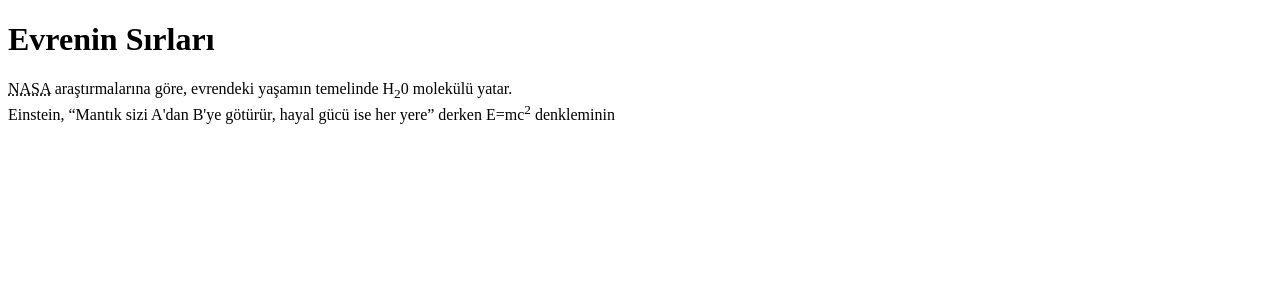
Repository: BeritanBlgn/web-yazilim-muhendisligi
Page: Modul_1/Ders_3/1.3.6_gorev1.html
The author's editor kept a copy of each file at every save. The page is drawn from the files as they stood at one save, then again after the next save.
The browser window is 1280 px wide. The pictures show the whole page.

Above is the page before, as saved 2026-10-09 22:21:58.

### Modul_1/Ders_3/1.3.6_gorev1.html
<!DOCTYPE html>
<html lang="tr">
<head>
    <meta charset="UTF-8">
    <meta name="viewport" content="width=device-width, initial-scale=1.0">
    <title>Document</title>
</head>
<body>
    <h1>
        Evrenin Sırları
    </h1>
    <p>
        <abbr title="Evrenin Sırları">NASA</abbr>
        araştırmalarına göre, evrendeki yaşamın temelinde H<sub>2</sub>0 molekülü yatar. <br>
        Einstein, <q>Mantık sizi A'dan B'ye götürür, hayal gücü ise her yere</q>
        derken E=mc<sup>2</sup> denkleminin

    </p>

</body>
</html>

After the next save:
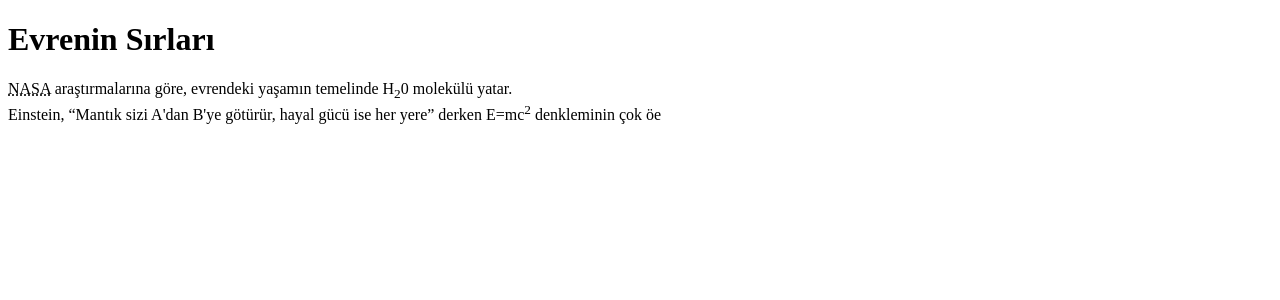
Saved 4 s later.
--- a/Modul_1/Ders_3/1.3.6_gorev1.html
+++ b/Modul_1/Ders_3/1.3.6_gorev1.html
@@ -13,7 +13,7 @@
         <abbr title="Evrenin Sırları">NASA</abbr>
         araştırmalarına göre, evrendeki yaşamın temelinde H<sub>2</sub>0 molekülü yatar. <br>
         Einstein, <q>Mantık sizi A'dan B'ye götürür, hayal gücü ise her yere</q>
-        derken E=mc<sup>2</sup> denkleminin
+        derken E=mc<sup>2</sup> denkleminin çok öe
 
     </p>
 
